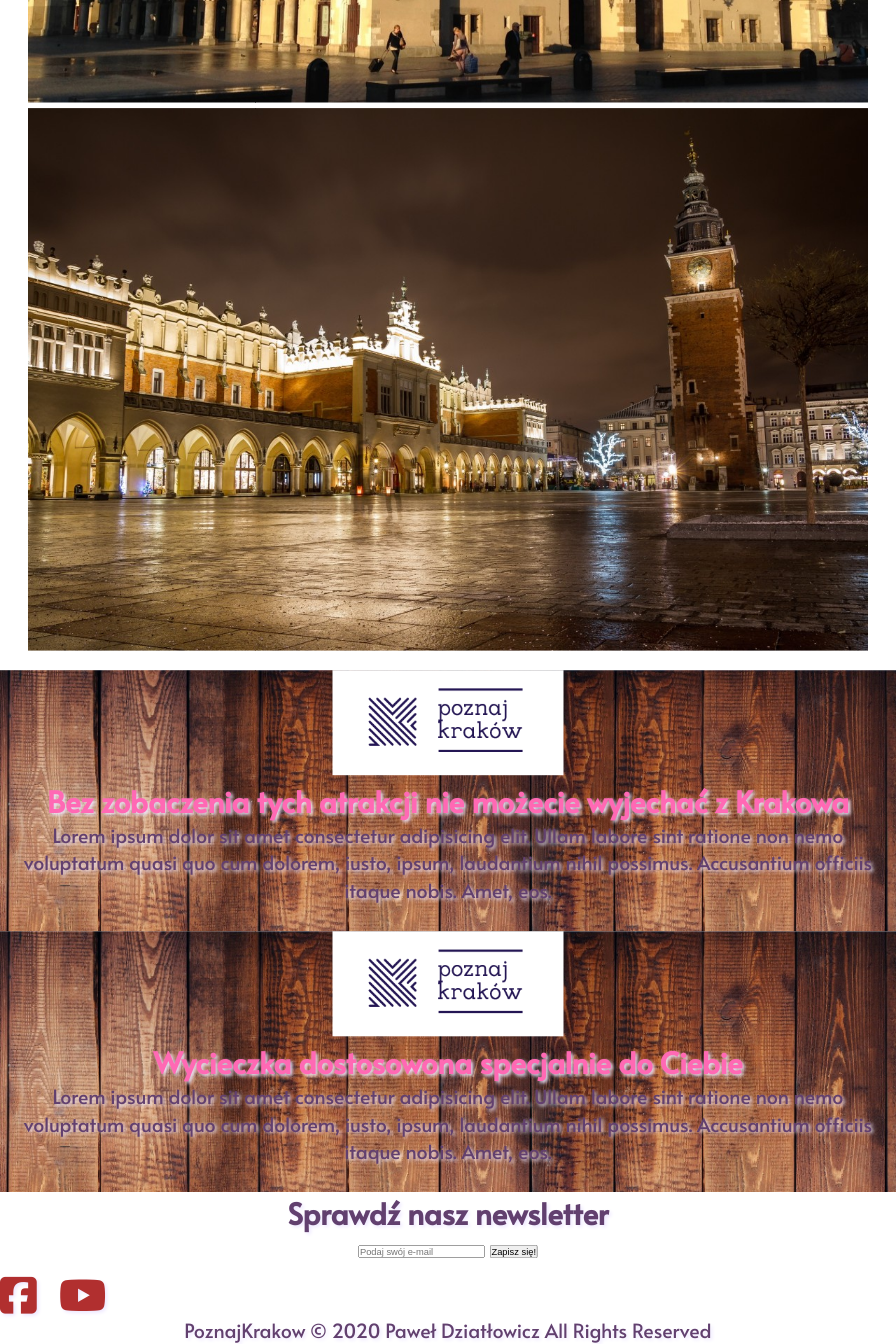
Repository: DZIALEK/projekt1
Page: projekt1.html
These files come from the project's save history. The page is drawn as it stood at one moment and after the next save; the edit follows.
The browser window is 1280 px wide. The pictures show the part of the page from y = 2828 to 4748 px (the page is 4748 px tall), at 70% of full size.
Some icons come from a web library that is not loaded, so they are not drawn. A picture or video elsewhere on the page could not be fetched, so the positions and the page height are approximate. Some web libraries are served in a nearby version.

Above is the page before, as saved 2020-07-15 00:45:41.

### projekt1.html
<!DOCTYPE html>
<html lang="pl=pl">
<head>
    <meta charset="UTF-8">
    <meta name="viewport" content="width=device-width, initial-scale=1.0">
    <title>Poznaj Kraków</title>
    <link rel="stylesheet" href="projekt1.css">
    <script src="https://kit.fontawesome.com/47e99c0280.js" crossorigin="anonymous"></script>
 </head>
<body>
    <header>
        <video autoplay muted loop id="video_header">
            <source src="dodatki/cracow_movie_lc.mp4">
        </video>
        <div class="logo">
            <a href="#">
                <img src="dodatki/logo_L.png" alt="Tutaj jest logo Poznaj Kraków">
            </a>
        </div>
        <div class="top">
            <h1>Poznaj Kraków</h1>
            <p>Od 1989r. skutecznie zarażamy miłością do Krakowa</p>
            <a href="#">SPRAWDŹ NAS!</a>
        </div>
        <nav>
            <ul>
                <li><a href="#">START</a></li>
                <li><a href="#">CO ZWIEDZAĆ</a></li>
                <li><a href="#">WYCIECZKI</a></li>
                <li><a href="#">CENNIK</a></li>
                <li><a href="#">O NAS</a></li>
            </ul>
        </nav>
    </header>
    <main>
        <section class="section-welcome">
            <h1 class="section-header">
               Witaj na naszej stronie !
            </h1>
            <img src="dodatki/foto3.jpg" alt="Tutaj jest zdjęcie Krakowa1">
            <img src="dodatki/foto2.jpg" alt="Tutaj jest zdjęcie Krakowa2">
        </section>
        <section class="section-welcome2">
            <img src="dodatki/foto1.jpg" alt="Tutaj jest zdjęcie Krakowa3">
            <img src="dodatki/foto4.jpg" alt="Tutaj jest zdjęcie Krakowa4">
        </section>
        <section class="section-best">
            <div class="section-best-img"></div>
            <img src="dodatki/logo_L.png" alt="">
            <h2>Bez zobaczenia tych atrakcji nie możecie wyjechać z Krakowa</h2>
            <p>Lorem ipsum dolor sit amet consectetur adipisicing elit. Ullam labore sint ratione non nemo voluptatum quasi quo cum dolorem, iusto, ipsum, laudantium nihil possimus. Accusantium officiis itaque nobis. Amet, eos.</p>
            </div>
        </section>
        <section class="section-best2">
            <div class="section-best2-img">
            <img src="dodatki/logo_L.png" alt="">
            <h2>Wycieczka dostosowona specjalnie do Ciebie</h2>
            <p>Lorem ipsum dolor sit amet consectetur adipisicing elit. Ullam labore sint ratione non nemo voluptatum quasi quo cum dolorem, iusto, ipsum, laudantium nihil possimus. Accusantium officiis itaque nobis. Amet, eos.</p>
            </div>
        </section>
    <!-- zrobić wyczieczkę typu: Krakowianie ich znienawidzili wycieczka 5dni w okół Krakowa -->
    <section class="section-newsletter">
    <div class="newsteletter-wrapper">
        <h2>Sprawdź nasz newsletter</h2>
        <form action="" method="">
            <input type="email" placeholder="Podaj swój e-mail">
            <button type="submit">Zapisz się!</button>
        </form>
    </div>
    </section>
    <div class="social-media">
        <a href="#"><i class="fab fa-facebook-square"></i></a>
        <a href="#"><i class="fab fa-youtube"></i></a>
        <a href="#"><i class="fab fa-tripadvisor"></i></a>
    </div>
    </main>

    <footer>
        PoznajKrakow &copy; 2020 Paweł Dziatłowicz All Rights Reserved
    </footer>
</body>
</html>

### projekt1.css
@import url('http://fonts.googleapis.com/css?family=Alata&subset=latin,latin-ext');

* {
    margin: 0;
    padding: 0;
    box-sizing: border-box;
}

html{
    scroll-behavior: smooth;
  }

body {
    background-color: #FFFFFF;
    color: #62406F; text-shadow: #EEE8FF 0.1em 0.1em 0.2em;
    /* CDCCCC */
    font-family: 'Alata', sans-serif;
    font-size: 28px;
    width: 100%;
}

a {
    text-decoration: none;
}

section {
    text-align: center;
}

footer {
    text-align: center;
}

img {
    max-width: 100%;
}

div {
    width: 100%;
    height: 100%;
}

#video_header {
    min-width: 100%;
    min-height: 100%;
    position: relative;
    bottom: 0;
    right: 0;
}

.logo {
    position: fixed;
    top: 10px;
    left: 85%;
    width: 100%;
}

.logo img {
    width: 120px;
}

.top h1 {
    position: absolute;
    left: 50%;
    top: 30%;
    transform: translate(-50%, -50%);
    font-size: 100px;
}

.top h1~p {
    position: absolute;
    left: 50%;
    top: 45%;
    margin-top: 20px;
    transform: translate(-50%, -50%);
    font-size: 30px;
}

.top h1~a {
    position: absolute;
    left: 50%;
    top: 55%;
    transform: translate(-50%, -50%);
    text-align: center;
    border: 2px solid #d6caf8;
    padding: 10px 15px;
    font-size: 40px;
}

nav {
    box-shadow: 1px 1px 1px 1px #352564;
}

nav ul {
    list-style-type: none;
    width: 100%;
}

nav li {
    position: relative;
    text-align: center;
}

nav a {
    transition: 0.5s;
}

nav a:hover {
    color: #c386cf;
    text-shadow: 0 0 0.1em #271B2B, 0 0 0.1em #271B2B, 0 0 0.1em #271B2B;
    /* text-shadow: #271B2B 0.1em 0.1em 0.1em; */
    /* #EEE8FF  */
}

.section-welcome {
    position: relative;
    top: 50px;
    margin-bottom: 50px;
}

.section-welcome h1 {
    margin-bottom: 60px;
    font-size: 40px;
    color: greenyellow;
     font-weight: 100;
}

.section-welcome2 {
    position: relative;
    margin: 20px auto;
}

.section-best {
    position: relative;
    margin: 0px auto;
    background-image: url(/dodatki/bg1.jpg);
    background-size: cover;
}

.section-best-img {
    width: 100%;
}


.section-best h2 {
    color: hotpink;
}

.section-best p {
    padding-bottom: 40px;
}

.section-best2 {
    position: relative;
    margin: 0px auto;
    background-image: url(/dodatki/bg1.jpg);
    background-size: cover;
}

.section-best2-img {
    width: 100%;
}


.section-best2 h2 {
    color: hotpink;
}

.section-best2 p {
    padding-bottom: 40px;
}

.social-media i {
    color: rgb(177, 47, 47);
    text-align: center;
    margin-top: 20px;
    font-size: 60px;
    transition: 2s;
    letter-spacing: 25px;
}

.social-media i:hover {
    color: #62406F;
    transform: scale(1.1,1.1);
    transition-duration: 250ms;
    transition-timing-function: ease-out;
}

After the next save:
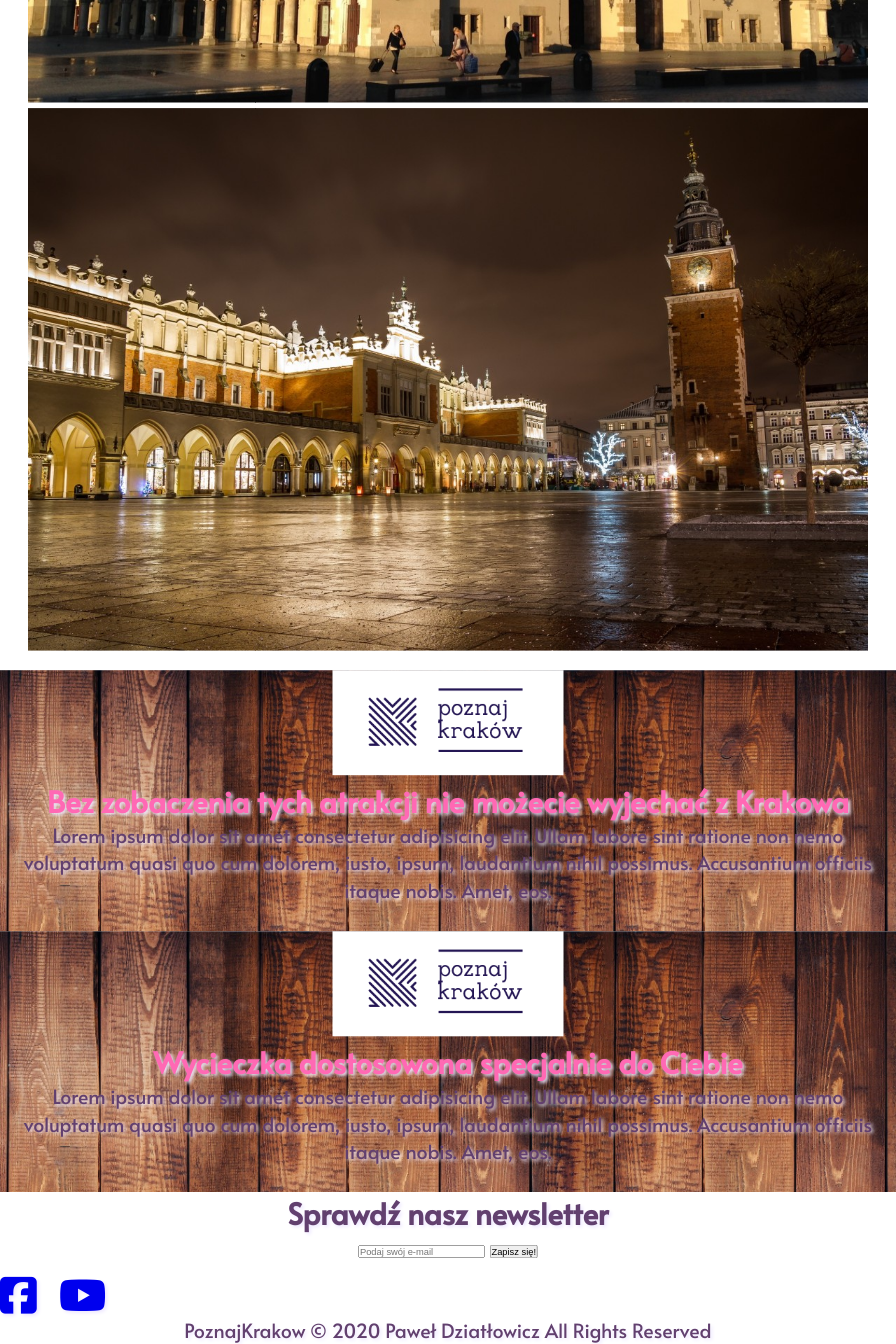
Saved 53 s later.
--- a/projekt1.css
+++ b/projekt1.css
@@ -171,7 +171,7 @@ nav a:hover {
 }
 
 .social-media i {
-    color: rgb(177, 47, 47);
+    color: rgb(2, 21, 104)7);
     text-align: center;
     margin-top: 20px;
     font-size: 60px;
